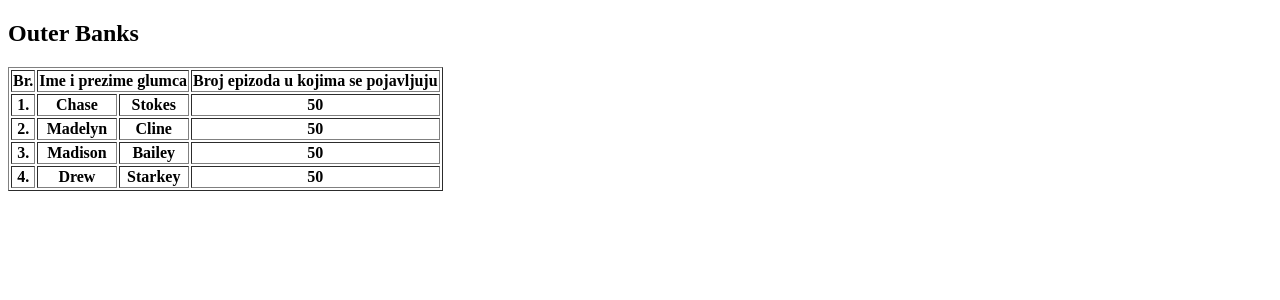
Repository: larabiondic/wp_biondic_lara
Page: Domace zadace/Zadaća.2.html
These files come from the project's save history. The page is drawn as it stood at one moment and after the next save; the edit follows.
The browser window is 1280 px wide. The pictures show the whole page.

Above is the page before, as saved 2025-11-03 20:07:54.

After the next save:
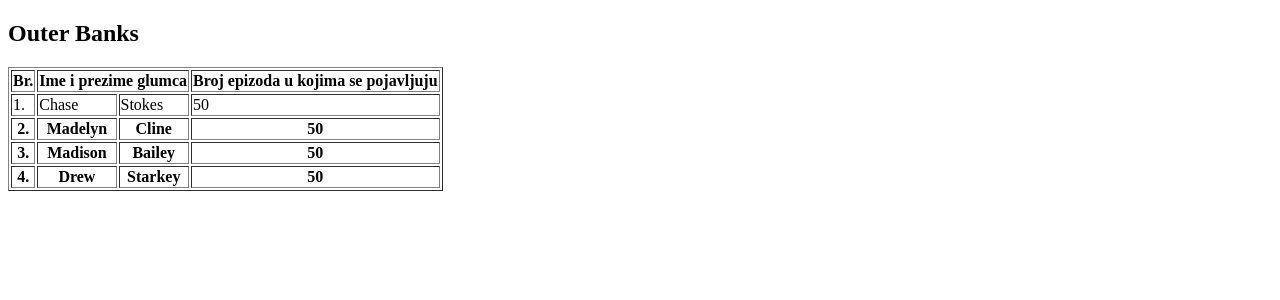
Saved 69 s later.
--- a/Domace zadace/Zadaća.2.html
+++ b/Domace zadace/Zadaća.2.html
@@ -16,10 +16,10 @@
             <th>Broj epizoda u kojima se pojavljuju</th>
         </tr>
         <tr>
-            <th>1.</th>
-            <th>Chase</th>
-            <th>Stokes</th>
-            <th>50</th>
+            <td>1.</td>
+            <td>Chase</td>
+            <td>Stokes</td>
+            <td>50</td>
         </tr>
         <tr>
             <th>2.</th>
